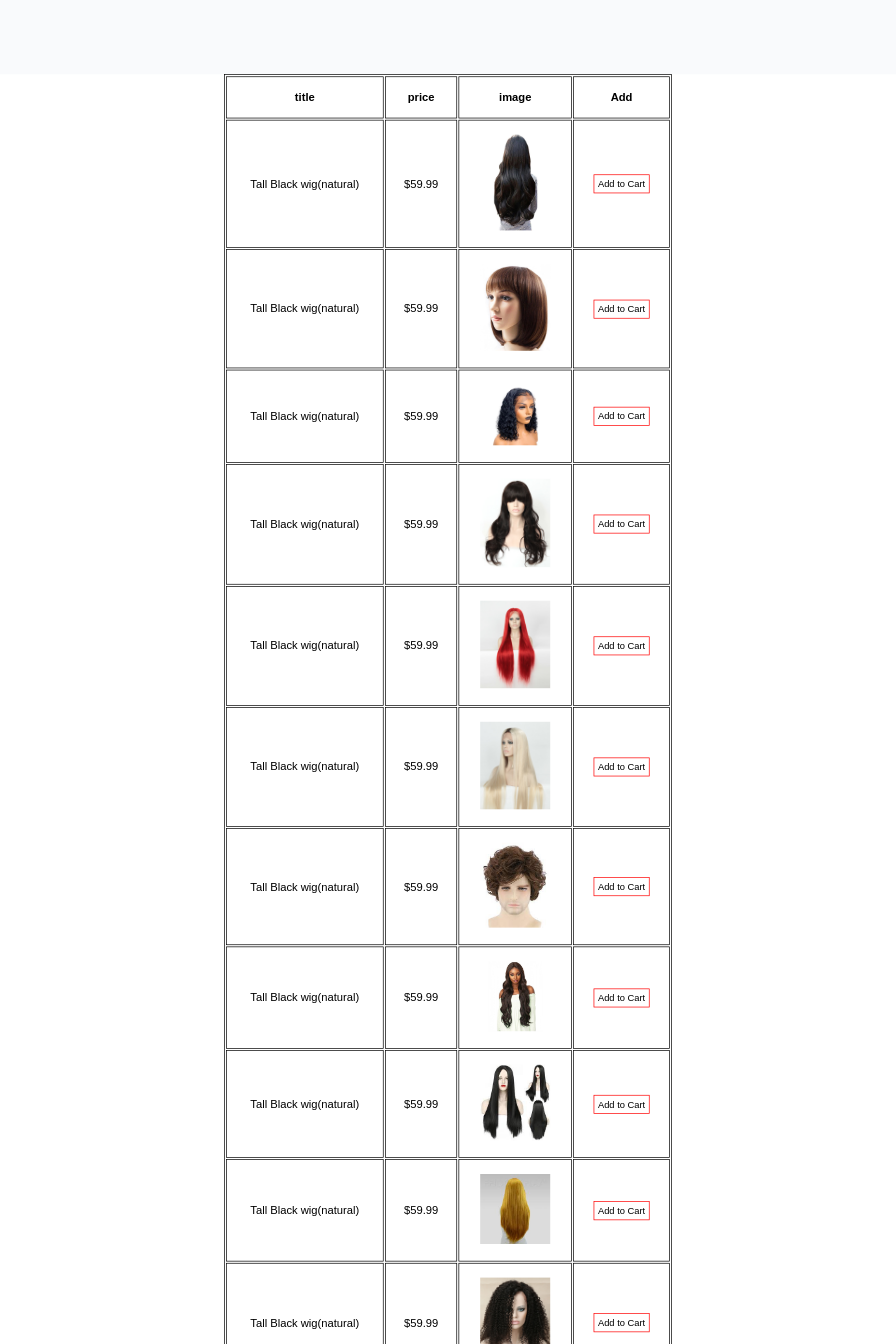
Repository: Zzero202/Zzero202
Page: index.html
An editor plug-in stored every save of this project. The page is shown before and after the next save, followed by the edit.
The browser window is 1280 px wide. The pictures show the part of the page from y = 2823 to 4743 px (the page is 5025 px tall), at 70% of full size.
A picture or video elsewhere on the page could not be fetched, so the positions and the page height are approximate.

Above is the page before, as saved 2021-12-09 01:51:58.

### index.html
<!DOCTYPE html>

<html>

<head>
	<title>Toupee Shop</title>

	<style>
		* {
			margin: 0;
			padding: 0;
		}

		.navbar {
			display: flex;
			align-items: center;
			justify-content: center;
			position: sticky;
			top: 0;
			cursor: pointer;
		}
    footer{
      display: flex;
			align-items: center;
			justify-content: center;
			position: sticky;
			bottom: 0;
			cursor: pointer;
      width: 100%;
    }

		.background {
			background: black;
			background-blend-mode: darken;
			background-size: cover;
		}

		.nav-list {
			width: 70%;
			display: flex;
			align-items: center;
		}

		.logo {
			display: flex;
			justify-content: center;
			align-items: center;
		}

		.logo img {
			width: 180px;
			border-radius: 50px;
		}

		.nav-list li {
			list-style: none;
			padding: 26px 30px;
		}

		.nav-list li a {
			text-decoration: none;
			color: white;
		}

		.nav-list li a:hover {
			color: grey;
		}

		.rightnav {
			width: 30%;
			text-align: right;
		}

		#search {
			padding: 5px;
			font-size: 17px;
			border: 2px solid grey;
			border-radius: 9px;
		}

		.firstsection {
			background-color: green;
			height: 400px;
		}

		.secondsection {
			background-color: blue;
			height: 400px;
		}

		.box-main {
			display: flex;
			justify-content: center;
			align-items: center;
			color: black;
			max-width: 80%;
			margin: auto;
			height: 80%;
		}

		.firsthalf {
			width: 100%;
			display: flex;
			flex-direction: column;
			justify-content: center;
		}

		.secondhalf {
			width: 30%;
		}

		.secondhalf img {
			width: 70%;
			border: 4px solid white;
			border-radius: 150px;
			display: block;
			margin: auto;
		}

		.text-big {
			font-family: 'Piazzolla', serif;
			font-weight: bold;
			font-size: 35px;
		}

		.text-small {
			font-size: 18px;
		}

		.btn {
			padding: 8px 20px;
			margin: 7px 0;
			border: 2px solid white;
			border-radius: 8px;
			background: none;
			color: white;
			cursor: pointer;
		}

		.btn-sm {
			padding: 6px 10px;
			vertical-align: middle;
		}

		.section {
			height: 400px;
			display: flex;
			align-items: center;
			justify-content: center;
			max-width: 90%;
			margin: auto;
		}

		.section-Left {
			flex-direction: row-reverse;
		}

		.paras {
			padding: 0px 65px;
		}

		.thumbnail img {
			width: 250px;
			border: 2px solid black;
			border-radius: 26px;
			margin-top: 19px;
		}

		.center {
			text-align: center;

text-align: center;
		}


		.text-footer {
			text-align: center;
			padding: 30px 0;
			font-family: 'Ubuntu', sans-serif;
			display: flex;
			justify-content: center;
			color: white;
		}
    .card {
  box-shadow: 0 4px 8px 0 rgba(0, 0, 0, 0.2);
  max-width: 350px;
  margin: 15px;

  text-align: center;
  font-family: arial;
  display: inline-block;
}
.card img{
  width: 350px !important;
  height: 400px !important;
}
.price {
  color: grey;
  font-size: 22px;
}

.card button {
  border: none;
  outline: 0;
  padding: 12px;
  color: white;
  background-color: #000;
  text-align: center;
  cursor: pointer;
  width: 100%;
  font-size: 18px;
}

.card button:hover {
  opacity: 0.7;
}


* {
  margin: 0;
  padding: 0;
  box-sizing: border-box;
  font-family: "Nunito", sans-serif;
}

h1 {
  font-size: 16px;
  margin: 5px;
}
.container {
  width: 100%;
  height: 92vh;
  display: flex;
  justify-content: space-evenly;
  align-items: center;
  background-color: #f9fafc;
}

/*
Payment Information card
*/
.details_card {
  width: 700px;
  height: 400px;
  box-shadow: 0 0 5px 0 rgba(0, 0, 0, 0.2);
  border-radius: 8px;
  padding: 10px;
  background-color: #fff;
}

/*
Order Summary Card
*/
.summary_card {
  background-color: #fff;
  width: 350px;
  height: 400px;
  box-shadow: 0 0 5px 0 rgba(0, 0, 0, 0.2);
  border-radius: 8px;
  padding: 10px;
}

/*
Order Card Item Card
*/
.card_item {
  display: flex;
  position: relative;
  margin: 10px 0;
}
.close-btn {
  position: absolute;
  right: 10px;
  top: 5px;
}

.card_item .product_img img {
  height: 80px;
  margin-right: 20px;
  width: 70px;
  border-radius: 5px;
}

.product_info h1 {
  font-size: 20px;
  color: #1e212d;
  margin: 5px 0;
}

.product_info p {
  color: #a1a1a1;
  font-size: 14px;
}
.product_rate_info {
  display: flex;
  margin: 5px 0;
  align-items: center;
  justify-content: space-between;
}

/*
cart item + & -
*/
.pqt {
  font-size: 20px;
  line-height: 30px;
  width: 30px;
  text-align: center;
}

.pqt-plus,
.pqt-minus {
  background: #fcfcfc;
  border: none;
  font-size: 20px;
  height: 100%;
  padding: 0 15px;
}
.pqt-plus:hover,
.pqt-minus:hover {
  background: #53b5aa;
  color: #fff;
  cursor: pointer;
}

.pqt-plus {
  line-height: 30px;
}

.pqt-minus {
  line-height: 30px;
}
/*
Order price & total
*/
.order_price,
.order_service,
.order_total {
  display: flex;

  justify-content: space-between;
  padding: 10px;
}
.order_price p,
.order_service p {
  color: #a1a1a1;
}

.order_total p {
  font-weight: 600;
}

/*
Payment Information all input
*/

.payment_details input {
  outline: 0;
  background: #f2f2f2;
  border-radius: 4px;
  width: 100%;
  border: 0;
  caret-color: #4f5d7e;
  margin: 10px 15px;
  padding: 15px 20px;
  box-sizing: border-box;
  font-size: 14px;
}

.first_lastName,
.shipping_card,
.address {
  display: flex;
  justify-content: space-between;
  margin: 10px 0;
}

.new_card {
  width: 100%;
  height: 100px;
  border: 2px solid #53b5aa;
  padding: 10px;
  margin: 10px;
  border-radius: 10px;
}

.add_savedcard {
  width: 100%;
  height: 100px;
  border: 2px solid #a1a1a1;
  padding: 10px;
  margin: 10px;
  border-radius: 10px;
}
/*
Procced Payment button
*/
.proced_payment a {
  padding: 10px 20px;
  width: 200px;
  border: 2px solid #f5f5f5;
  background-color: #53b5aa;
  color: #000;
  margin-left: 10px;
  cursor: pointer;
  text-decoration: none;
}

footer {
  background-color: #000;
  color: #fff;
  height: 50px;
  text-align: center;
}
footer a {
  text-decoration: none;
  color: #fff;
}
	</style>
</head>

<body>
	<nav class="navbar background">
		<ul class="nav-list">
			<div class="logo">
				<img src= "logo.png">
			</div>
			<li><a href="#shop">Wigs Shop</a></li>

		</ul>

		<div class="rightNav">
			<input type="text" name="search" id="search">
			<button class="btn btn-sm">Search</button>
		</div>
	</nav>


<div class="products center">
  <div class="card">
    <img src="img/1.jpg"   style="width:100%">
    <h1>Tall Black wig(natural)</h1>
    <p class="price">$59.99</p>

    <p><button>Add to Cart</button></p>
  </div>
  <div class="card">
    <img src="img/2.jpg">
    <h1>Red Short wig (natural)</h1>
    <p class="price">$77</p>

    <p><button>Add to Cart</button></p>
  </div>
  <div class="card">
    <img src="img/3.jpg"   style="width:100%">
    <h1>Curly Tall wig</h1>
    <p class="price">$33</p>

    <p><button>Add to Cart</button></p>
  </div>
  <div class="card">
    <img src="img/4.jpg"   style="width:100%">
    <h1>Silk Tall wig</h1>
    <p class="price">$87.99</p>

    <p><button>Add to Cart</button></p>
  </div>
  <div class="card">
    <img src="img/5.jpg"   style="width:100%">
    <h1>Fire Red wig</h1>
    <p class="price">$199.99</p>

    <p><button>Add to Cart</button></p>
  </div>
  <div class="card">
    <img src="img/6.jpg"   style="width:100%">
    <h1>Golden wig(natural)</h1>
    <p class="price">$19.99</p>

    <p><button>Add to Cart</button></p>
  </div>
  <div class="card">
    <img src=" img/7.jpg"   style="width:100%">
    <h1>Curly Short Brown wig</h1>
    <p class="price">$100.99</p>

    <p><button>Add to Cart</button></p>
  </div>
  <div class="card">
    <img src=" img/8.jpg"   style="width:100%">
    <h1>natural  black wig </h1>
    <p class="price">$66.99</p>

    <p><button>Add to Cart</button></p>
  </div>
  <div class="card">
    <img src=" img/9.jpg"   style="width:100%">
    <h1>black wig </h1>
    <p class="price">$55.99</p>

    <p><button>Add to Cart</button></p>
  </div>
  <div class="card">
    <img src=" img/10.jpg"   style="width:100%">
    <h1>golden wig</h1>
    <p class="price">$44.99</p>

    <p><button>Add to Cart</button></p>
  </div>
  <div class="card">
    <img src=" img/11.jpg"   style="width:100%">
    <h1>black natural wig</h1>
    <p class="price">$15.99</p>

    <p><button>Add to Cart</button></p>
  </div>
  <div class="card">
    <img src=" img/12.jpg"   style="width:100%">
    <h1>red wig </h1>
    <p class="price">$33.99</p>

    <p><button>Add to Cart</button></p>

</div>



<div class="container">
  <div class="payment_details">
    <h1>Payment Information</h1>
    <div class="details_card">
      <div class="name_address">
        <div class="first_lastName">
          <input type="text" placeholder="First Name" />
          <input type="text" placeholder="Last Name" />
        </div>
        <div class="address">
          <input type="text" onkeyup="change()" id="put" placeholder="Address" />
          <input type="number" placeholder="Pincode" />
          <input type="text" placeholder="Country" />
        </div>
      </div>
      <h1>Shipping Details</h1>
      <div class="shipping_card">
        <div class="new_card">
          <h4>Same as personal</h4>
          <p id="output">Bharat House Bombay Samachar Road</p>
          <p>400001</p>
        </div>
        <div class="add_savedcard">
          <h4>Saved Address</h4>
          <p>Lokhandwala Complex, Andheri (west)</p>
          <p>400053</p>
        </div>
      </div>
      <div class="proced_payment">
        <a href="">Procced to payment</a>
      </div>
    </div>
  </div>
  <div class="order_summary">
    <h1>Order Summary</h1>
    <div class="summary_card">
      <div class="card_item">
        <div class="product_img">
          <img src=https://images.unsplash.com/photo-1525966222134-fcfa99b8ae77?ixid=MXwxMjA3fDB8MHxwaG90by1wYWdlfHx8fGVufDB8fHw%3D&ixlib=rb-1.2.1&auto=format&fit=crop&w=643&q=80" alt="" />
        </div>
        <div class="product_info">
          <h1>Nike Shoes</h1>
          <p>Lorem Ipsum is simply dummy text.</p>
          <div class="close-btn">
            <i class="fa fa-close"></i>
          </div>
          <div class="product_rate_info">
            <h1>$ 200</h1>
            <span class="pqt-minus">-</span>
            <span class="pqt">1</span>
            <span class="pqt-plus">+</span>
          </div>
        </div>
      </div>
      <div class="card_item">
        <div class="product_img">
          <img src="https://images.unsplash.com/photo-1543512214-318c7553f230?ixid=MXwxMjA3fDB8MHxwaG90by1wYWdlfHx8fGVufDB8fHw%3D&ixlib=rb-1.2.1&auto=format&fit=crop&w=634&q=80" alt="" />
        </div>
        <div class="product_info">
          <h1>Amazon Prime</h1>
          <p>Lorem Ipsum is simply dummy text.</p>
          <div class="close-btn">
            <i class="fa fa-close"></i>
          </div>
          <div class="product_rate_info">
            <h1>$ 160</h1>
            <span class="pqt-minus">-</span>
            <span class="pqt">1</span>
            <span class="pqt-plus">+</span>
          </div>
        </div>
      </div>
      <hr />
      <div class="order_price">
        <p>Order summary</p>
        <h4>$400</h4>
      </div>
      <div class="order_service">
        <p>Additional Service</p>
        <h4>$10</h4>
      </div>
      <div class="order_total">
        <p>Total Amount</p>
        <h4>$370</h4>
      </div>
    </div>
  </div>
</div>
<section class="table-pic">
  <table>
    <thead>
      <tr>
        <th>title</th>
        <th>price</th>
        <th>image</th>
        <th>Add</th>
      </tr>
    </thead>
    <tbody>
      <tr>
        <td>Tall Black wig(natural)</td>
        <td>$59.99</td>
        <td><img src="img/1.jpg" width="100" alt=""></td>
        <td><button>Add to Cart</button></td>
      </tr>
      <tr>
        <td>Tall Black wig(natural)</td>
        <td>$59.99</td>
        <td><img src="img/2.jpg" width="100" alt=""></td>
        <td><button>Add to Cart</button></td>
      </tr>
      <tr>
        <td>Tall Black wig(natural)</td>
        <td>$59.99</td>
        <td><img src="img/3.jpg" width="100" alt=""></td>
        <td><button>Add to Cart</button></td>
      </tr>
      <tr>
        <td>Tall Black wig(natural)</td>
        <td>$59.99</td>
        <td><img src="img/4.jpg" width="100" alt=""></td>
        <td><button>Add to Cart</button></td>
      </tr>
      <tr>
        <td>Tall Black wig(natural)</td>
        <td>$59.99</td>
        <td><img src="img/5.jpg" width="100" alt=""></td>
        <td><button>Add to Cart</button></td>
      </tr>
      <tr>
        <td>Tall Black wig(natural)</td>
        <td>$59.99</td>
        <td><img src="img/6.jpg" width="100" alt=""></td>
        <td><button>Add to Cart</button></td>
      </tr>
      <tr>
        <td>Tall Black wig(natural)</td>
        <td>$59.99</td>
        <td><img src="img/7.jpg" width="100" alt=""></td>
        <td><button>Add to Cart</button></td>
      </tr>
      <tr>
        <td>Tall Black wig(natural)</td>
        <td>$59.99</td>
        <td><img src="img/8.jpg" width="100" alt=""></td>
        <td><button>Add to Cart</button></td>
      </tr>
      <tr>
        <td>Tall Black wig(natural)</td>
        <td>$59.99</td>
        <td><img src="img/9.jpg" width="100" alt=""></td>
        <td><button>Add to Cart</button></td>
      </tr>
      <tr>
        <td>Tall Black wig(natural)</td>
        <td>$59.99</td>
        <td><img src="img/10.jpg" width="100" alt=""></td>
        <td><button>Add to Cart</button></td>
      </tr>
      <tr>
        <td>Tall Black wig(natural)</td>
        <td>$59.99</td>
        <td><img src="img/11.jpg" width="100" alt=""></td>
        <td><button>Add to Cart</button></td>
      </tr>
      <tr>
        <td>Tall Black wig(natural)</td>
        <td>$59.99</td>
        <td><img src="img/12.jpg" width="100" alt=""></td>
        <td><button>Add to Cart</button></td>
      </tr>
    </tbody>
  </table>
</section>
<footer>
  <a >	Copyright ©-All rights are reserved</a>
</footer>

</body>

</html>
<style>
  table{
    border:1px solid black;
    width:50%;
    margin: auto;
  }
  table tr td,th{
    border: 1px solid black;
    padding:20px;
  }
  table tr td button{
    border:1px solid red;
    background: transparent;
    padding:5px;
  }
</style>

After the next save:
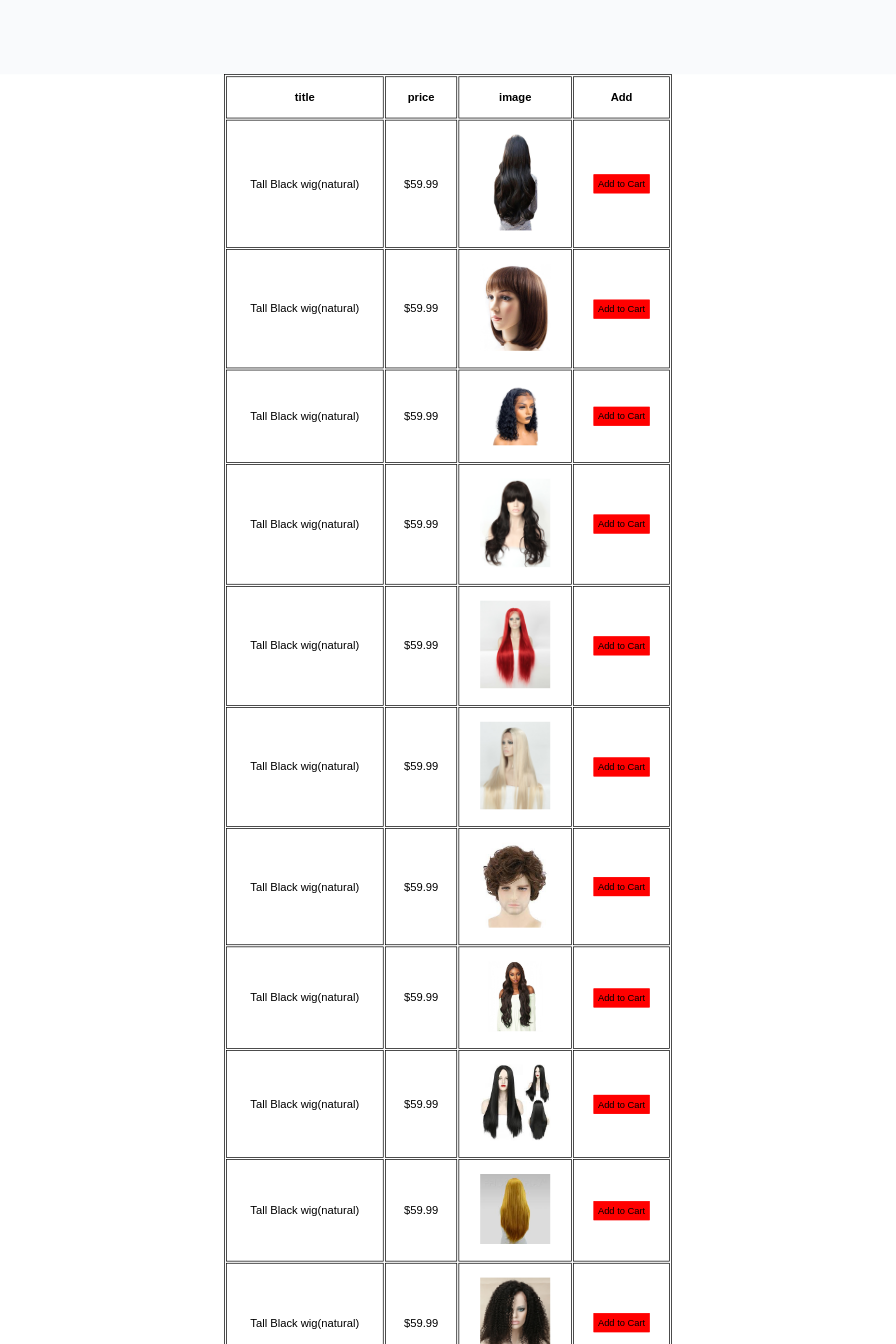
Saved 6 s later.
--- a/index.html
+++ b/index.html
@@ -718,7 +718,8 @@ footer a {
   }
   table tr td button{
     border:1px solid red;
-    background: transparent;
+    background: red;
     padding:5px;
+
   }
 </style>
